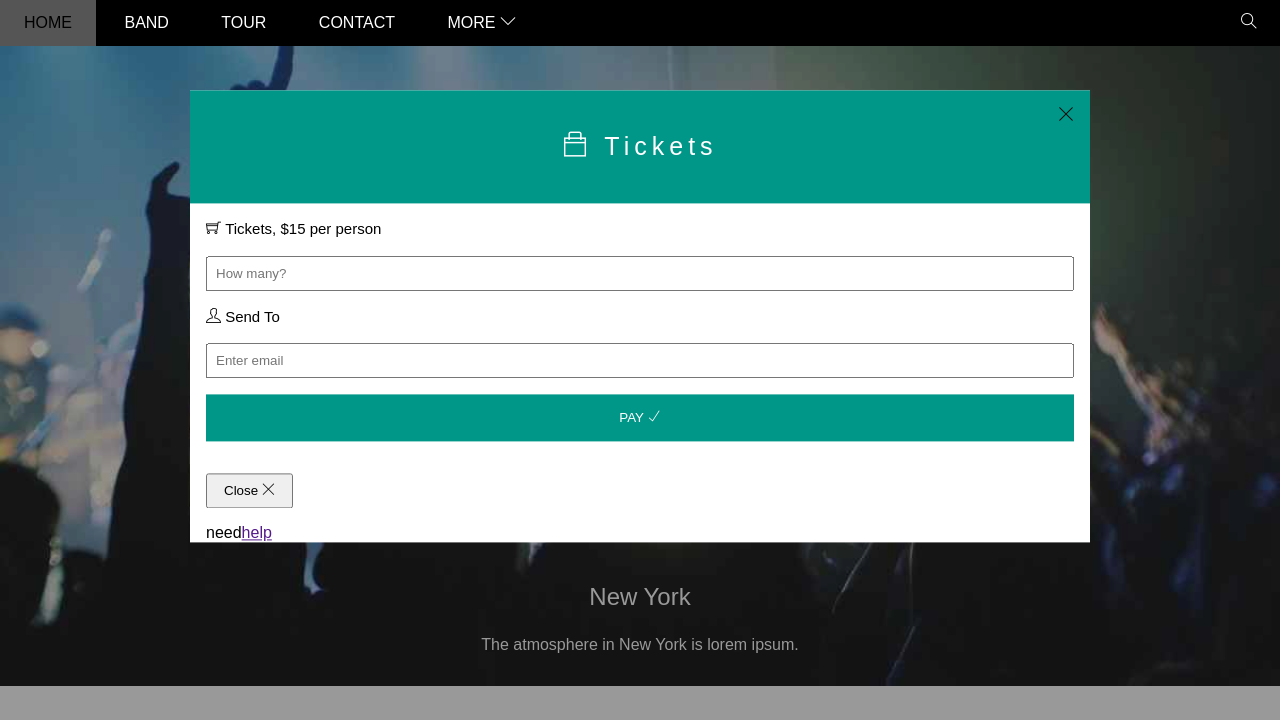
Repository: tung1233hhhhhhhhhhhhh/Website
Page: w3_band/index.html
An editor plug-in stored every save of this project. The page is shown before and after the next save, followed by the edit.
The browser window is 1280 px wide. The pictures show the window.
A layer covers the whole window, so only the first screen is drawn.

Above is the page before, as saved 2023-02-18 21:51:13.

After the next save:
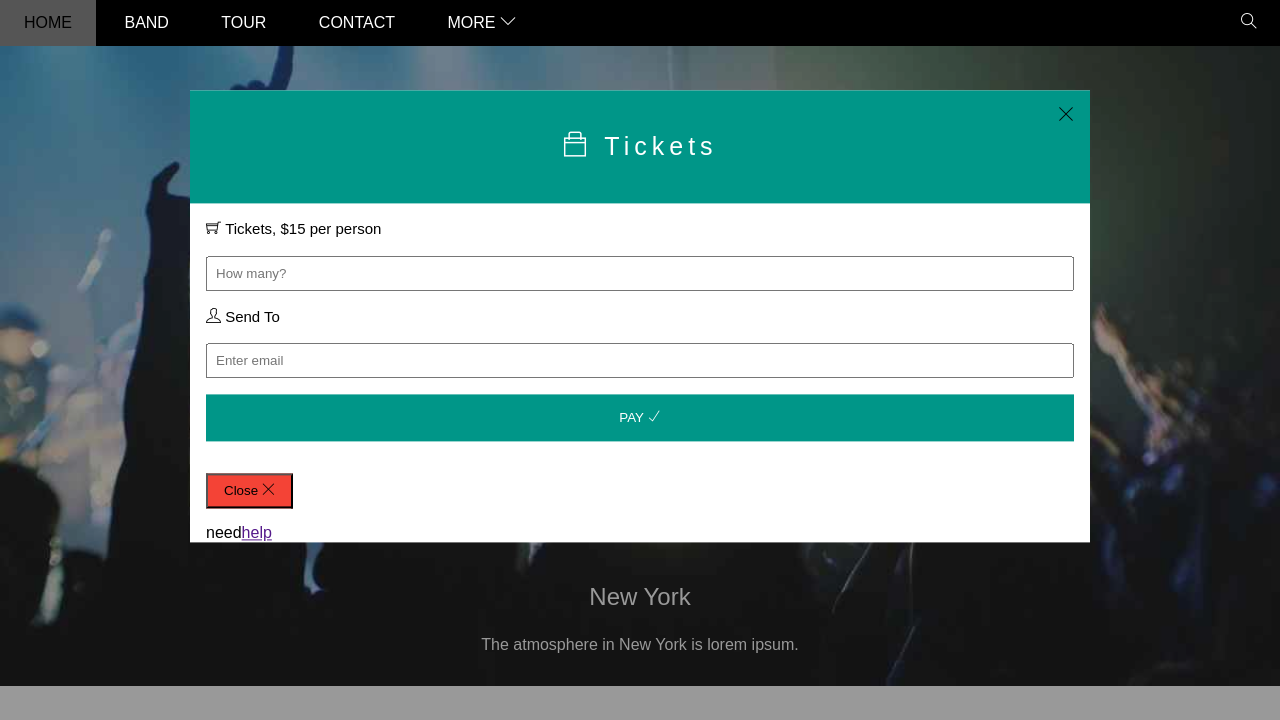
Saved 24 s later.
--- a/w3_band/assets/css/style.css
+++ b/w3_band/assets/css/style.css
@@ -455,5 +455,5 @@
     margin-top: 16px;
     margin-bottom: 16px;
     padding: 8px 16px;
-
-}
+    background-color: #f44336;
+}
